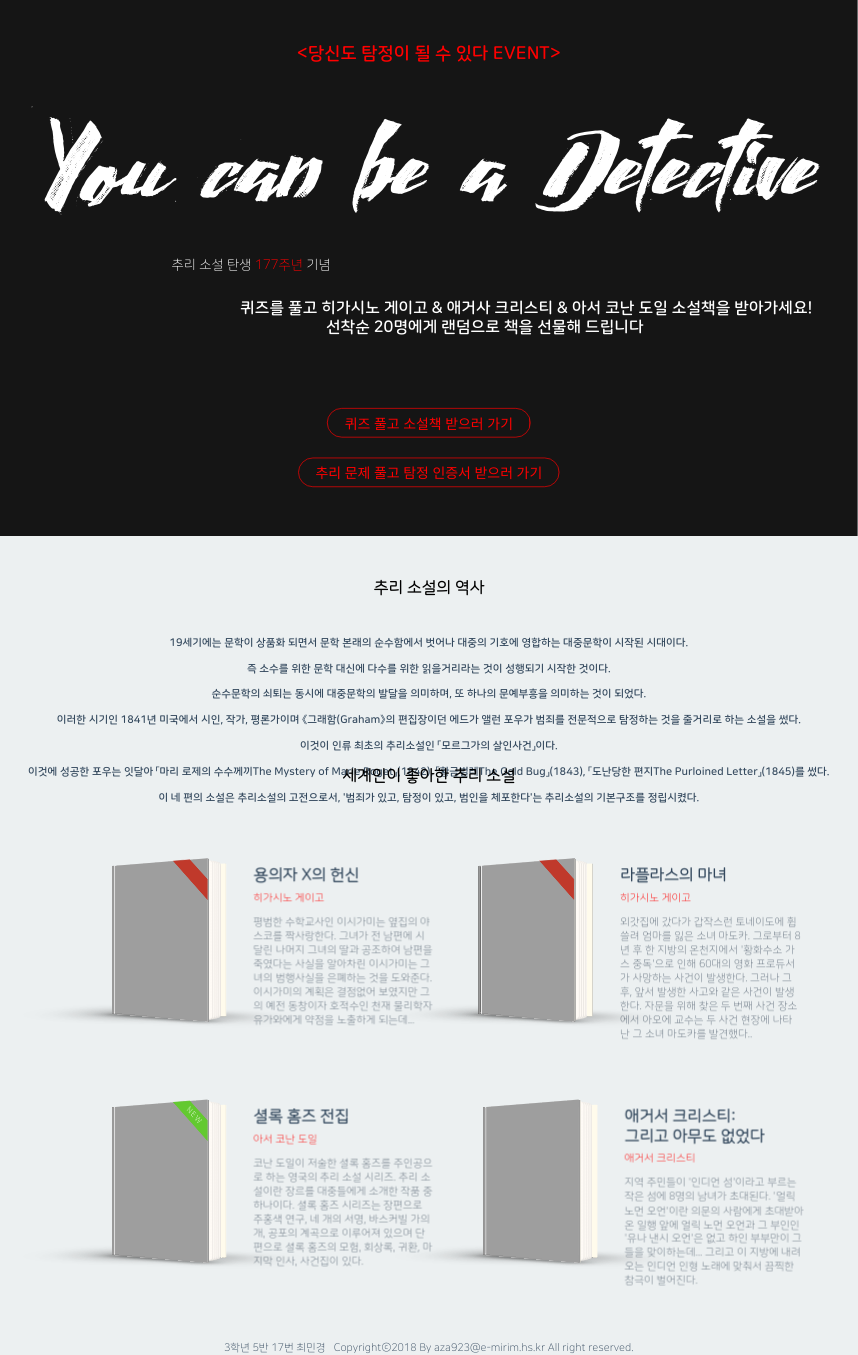
Repository: minkyung0421/Event_Project
Page: http://localhost/Event/main.jsp
These files come from the project's save history. The page is drawn as it stood at one moment and after the next save; the edit follows.
The browser window is 1280 px wide. The pictures show the whole page, at 67% of full size.
Pictures or frames that could not be fetched are drawn as grey boxes. The page is served by Tomcat 9.

Above is the page before, as saved 2018-09-04 19:43:12.
Not found: Event_Project/Event/Event/compass/css3

### Event_Project/Event/WebContent/main.jsp
<%@ page language="java" contentType="text/html; charset=EUC-KR"
    pageEncoding="EUC-KR"%>
<!DOCTYPE html PUBLIC "-//W3C//DTD HTML 4.01 Transitional//EN" "http://www.w3.org/TR/html4/loose.dtd">
<html>
<head>
<meta http-equiv="Content-Type" content="text/html; charset=EUC-KR">
<title>EVENT</title>
<link rel="stylesheet" href="css.css">
<style>
@font-face{
	font-family: 'Calligraphy Personal Use'; src:url('font/Calligraphy Personal Use.ttf');
}
@font-face{font-family:'NANUMSQUAREROUNDL'; src:url('font/NANUMSQUAREROUNDL.TTF')}
@font-face{font-family:'NANUMSQUAREROUNDB'; src:url('font/NANUMSQUAREROUNDB.TTF')}

body{
	margin:0px;
	padding:0px;
	font-family:'NANUMSQUAREROUNDL';
}
</style>
</head>
<body>
<div style = "background-color: #151515; width: 100%; height: 800px; padding-top:5%;">
	<div style = "font-size: 20pt; color:red; text-align: center;"><font style = "font-family: NANUMSQUAREROUNDB"><당신도 탐정이 될 수 있다 EVENT></font></div>
	<div style = "color:white; text-align: center;"><font style="font-family: Calligraphy Personal Use; font-size: 15em;">You can be a Detective</font></div>
		<div style = "font-size: 15pt; color:white; margin-left:20%"><font style = "font-family: NANUMSQUAREROUNDL">추리 소설 탄생 <font color="red">177주년</font> 기념</font></div>
		<br><br>
	<div style = "font-size:18pt; color:white;  margin-left:28%; font-family:NANUMSQUAREROUNDB ">퀴즈를 풀고 히가시노 게이고 & 애거사 크리스티 & 아서 코난 도일 소설책을 받아가세요!</div>
	<div style = "font-size:18pt; color:white;  margin-left:38%; font-family:NANUMSQUAREROUNDB ">선착순 20명에게 랜덤으로 책을 선물해 드립니다</div>
	<div class="buttonContainer">
 <a class="button" onclick="showPopup();" title="quiz">퀴즈 풀고 소설책 받으러 가기</a><br><br>
  <a class="button" onclick="showPopup2();" title="Appointment">추리 문제 풀고 탐정 인증서 받으러 가기</a>
</div>
</div>

<div style = "width: 100%; height: 30%;">
<div style = "text-align: center; margin-top:5%; color:black; font-weight: 900"><h2>추리 소설의 역사 </h2></div>
<center><div style = "font-family: NANUMSQUAREROUNDB">
<br><br><br>
19세기에는 문학이 상품화 되면서 문학 본래의 순수함에서 벗어나 대중의 기호에 영합하는 대중문학이 시작된 시대이다. <br><br>
즉 소수를 위한 문학 대신에 다수를 위한 읽을거리라는 것이 성행되기 시작한 것이다. <br><br>
순수문학의 쇠퇴는 동시에 대중문학의 발달을 의미하며, 또 하나의 문예부흥을 의미하는 것이 되었다. <br><br>
이러한 시기인 1841년 미국에서 시인, 작가, 평론가이며 《그래함(Graham》의 편집장이던 에드가 앨런 포우가 범죄를 전문적으로 탐정하는 것을 줄거리로 하는 소설을 썼다. <br><br>
이것이 인류 최초의 추리소설인 「모르그가의 살인사건」이다. <br><br>
이것에 성공한 포우는 잇달아 「마리 로제의 수수께끼The Mystery of Marie Roget」(1842), 「황금벌레The Gold Bug」(1843), 「도난당한 편지The Purloined Letter」(1845)를 썼다.<br><br>
이 네 편의 소설은 추리소설의 고전으로서, '범죄가 있고, 탐정이 있고, 범인을 체포한다'는 추리소설의 기본구조를 정립시켰다.<br><br>
</div>
</center>
</div>

<div style = "text-align: center; margin-top:5%; color:black; font-weight: 900"><h2>세계인이 좋아한 추리 소설 </h2></div>


<!-- 여기서부터 책 정보 -->
<div class="component">
  <ul class="align">
    <!-- Book 1 -->
    <li style = "margin-left:2%">
      <figure class='book'>
        <!-- Front -->
        <ul class='hardcover_front'>
          <li>
            <img src="http://mblogthumb1.phinf.naver.net/MjAxODAzMTlfMTk5/MDAxNTIxNDQ3NzQ3NjM2.WZShtX_uO_6JNCjy4xDTl9yvU6wH8278slTFLA-zaUcg.0Mm19c-3gQU2v65n9_Ye-rjnCH5XyFbuNSzHMRZffIwg.JPEG.hla9865/1452422-flyjoy77.jpg?type=w800" alt="" width="100%" height="100%">
            <span class="ribbon bestseller"></span>
          </li>
          <li></li>
        </ul>
        <!-- Pages -->
        <ul class='page'>
          <li></li>
          <li>
            <a class="btn" href="https://namu.wiki/w/%EC%9A%A9%EC%9D%98%EC%9E%90%20X%EC%9D%98%20%ED%97%8C%EC%8B%A0">DETAIL</a>
          </li>
          <li></li>
          <li></li>
          <li></li>
        </ul>
        <!-- Back -->
        <ul class='hardcover_back'>
          <li></li>
          <li></li>
        </ul>
        <ul class='book_spine'>
          <li></li>
          <li></li>
        </ul>
        <figcaption>
          <h2>용의자 X의 헌신</h2>
          <span style = "color:red">히가시노 게이고</span>
          <p>평범한 수학교사인 이시가미는 옆집의 야스코를 짝사랑한다. 그녀가 전 남편에 시달린 나머지 그녀의 딸과 공조하여 남편을 죽였다는 사실을 알아차린 이시가미는 그녀의 범행사실을 은폐하는 것을 도와준다. 이시가미의 계획은 결점없어 보였지만 그의 예전 동창이자 호적수인 천재 물리학자 유가와에게 약점을 노출하게 되는데...</p>
        </figcaption>
      </figure>
    </li>

     <li style = "margin-left:2%">
      <figure class='book'>
        <!-- Front -->
        <ul class='hardcover_front'>
          <li>
            <img src="https://t1.daumcdn.net/thumb/R1280x0/?fname=http://t1.daumcdn.net/brunch/service/user/7ur/image/jF5nkBVAa_RBbcVq0lpbcK3Nfvc.jpg" alt="" width="100%" height="100%">
            <span class="ribbon bestseller"></span>
          </li>
          <li></li>
        </ul>
        <!-- Pages -->
        <ul class='page'>
          <li></li>
          <li>
            <a class="btn" href="https://ko.wikipedia.org/wiki/%EB%9D%BC%ED%94%8C%EB%9D%BC%EC%8A%A4%EC%9D%98_%EB%A7%88%EB%85%80">DETAIL</a>
          </li>
          <li></li>
          <li></li>
          <li></li>
        </ul>
        <!-- Back -->
        <ul class='hardcover_back'>
          <li></li>
          <li></li>
        </ul>
        <ul class='book_spine'>
          <li></li>
          <li></li>
        </ul>
        <figcaption>
          <h2>라플라스의 마녀</p></h2>
          <span style = "color:red">히가시노 게이고</span>
          <p>외갓집에 갔다가 갑작스런 토네이도에 휩쓸려 엄마를 잃은 소녀 마도카. 그로부터 8년 후 한 지방의 온천지에서 '황화수소 가스 중독'으로 인해 60대의 영화 프로듀서가 사망하는 사건이 발생한다. 그러나 그 후, 앞서 발생한 사고와 같은 사건이 발생한다. 자문을 위해 찾은 두 번째 사건 장소에서 아오에  교수는  두 사건 현장에 나타난 그 소녀 마도카를 발견했다..</p>
        </figcaption>
      </figure>
    </li>

    <!-- Book 2 -->
    <li>
      <figure class='book'>
        <!-- Front -->
        <ul class='hardcover_front'>
          <li>
            <img src="https://misc.ridibooks.com/cover/1153000080/xxlarge" alt="" width="100%" height="100%">
            <span class="ribbon new">NEW</span>
          </li>
          <li></li>
        </ul>
        <!-- Pages -->
        <ul class='page'>
          <li></li>
          <li>
             <a class="btn" href="https://namu.wiki/w/%EC%85%9C%EB%A1%9D%20%ED%99%88%EC%A6%88%20%EC%8B%9C%EB%A6%AC%EC%A6%88">DETAIL</a>
          </li>
          <li></li>
          <li></li>
          <li></li>
        </ul>
        <!-- Back -->
        <ul class='hardcover_back'>
          <li></li>
          <li></li>
        </ul>
        <ul class='book_spine'>
          <li></li>
          <li></li>
        </ul>
        <figcaption>
          <h2>셜록 홈즈 전집</h2>
          <span style = "color:red">아서 코난 도일</span>
          <p>코난 도일이 저술한 셜록 홈즈를 주인공으로 하는 영국의 추리 소설 시리즈. 추리 소설이란 장르를 대중들에게 소개한 작품 중 하나이다. 셜록 홈즈 시리즈는 장편으로 주홍색 연구, 네 개의 서명, 바스커빌 가의 개, 공포의 계곡으로 이루어져 있으며 단편으로 셜록 홈즈의 모험, 회상록, 귀환,  마지막 인사, 사건집이 있다.</p>
        </figcaption>
      </figure>
    </li>
    <!-- Book 3 -->
    <li>
      <figure class='book'>
        <!-- Front -->
        <ul class='hardcover_front'>
          <li>
            <img src="https://misc.ridibooks.com/cover/682000192/xxlarge" alt="" width="100%" height="100%">
          </li>
          <li></li>
        </ul>
        <!-- Pages -->
        <ul class='page'>
          <li></li>
          <li>
            <a class="btn" href="https://namu.wiki/w/%EA%B7%B8%EB%A6%AC%EA%B3%A0%20%EC%95%84%EB%AC%B4%EB%8F%84%20%EC%97%86%EC%97%88%EB%8B%A4">DETAIL</a>
          </li>
          <li></li>
          <li></li>
          <li></li>
        </ul>
        <!-- Back -->
        <ul class='hardcover_back'>
          <li></li>
          <li></li>
        </ul>
        <ul class='book_spine'>
          <li></li>
          <li></li>
        </ul>
        <figcaption>
          <h2>애거서 크리스티:<br>그리고 아무도 없었다</h2>
          <span style = "color:red">애거서 크리스티</span>
          <p>지역 주민들이 '인디언 섬'이라고 부르는 작은 섬에 8명의 남녀가 초대된다. '얼릭 노먼 오언'이란 의문의 사람에게 초대받아 온 일행 앞에 얼릭 노먼 오언과 그 부인인 '유나 낸시 오언'은 없고 하인 부부만이 그들을 맞이하는데... 그리고 이 지방에 내려오는 인디언 인형 노래에 맞춰서 끔찍한 참극이 벌어진다. </p>
        </figcaption>
      </figure>
    </li>
  </ul>
</div>


<div>


</div>


<center>
<div style = "margin-bottom: 3%;">
	3학년 5반 17번 최민경 &nbsp;
	Copyrightⓒ2018 By aza923@e-mirim.hs.kr All right reserved.
</div>
</center>

</body>
 <script language="javascript">
  function showPopup() { window.open("quiz.jsp", "a", "width=750px, height=850px, left=100, top=50"); }
  function showPopup2() { window.open("letter.jsp", "a", "width=750px, height=850px, left=100, top=50"); }
  </script>
</html>

Loaded but not shown: Event_Project/Event/WebContent/css.css (772 lines, source omitted)

After the next save:
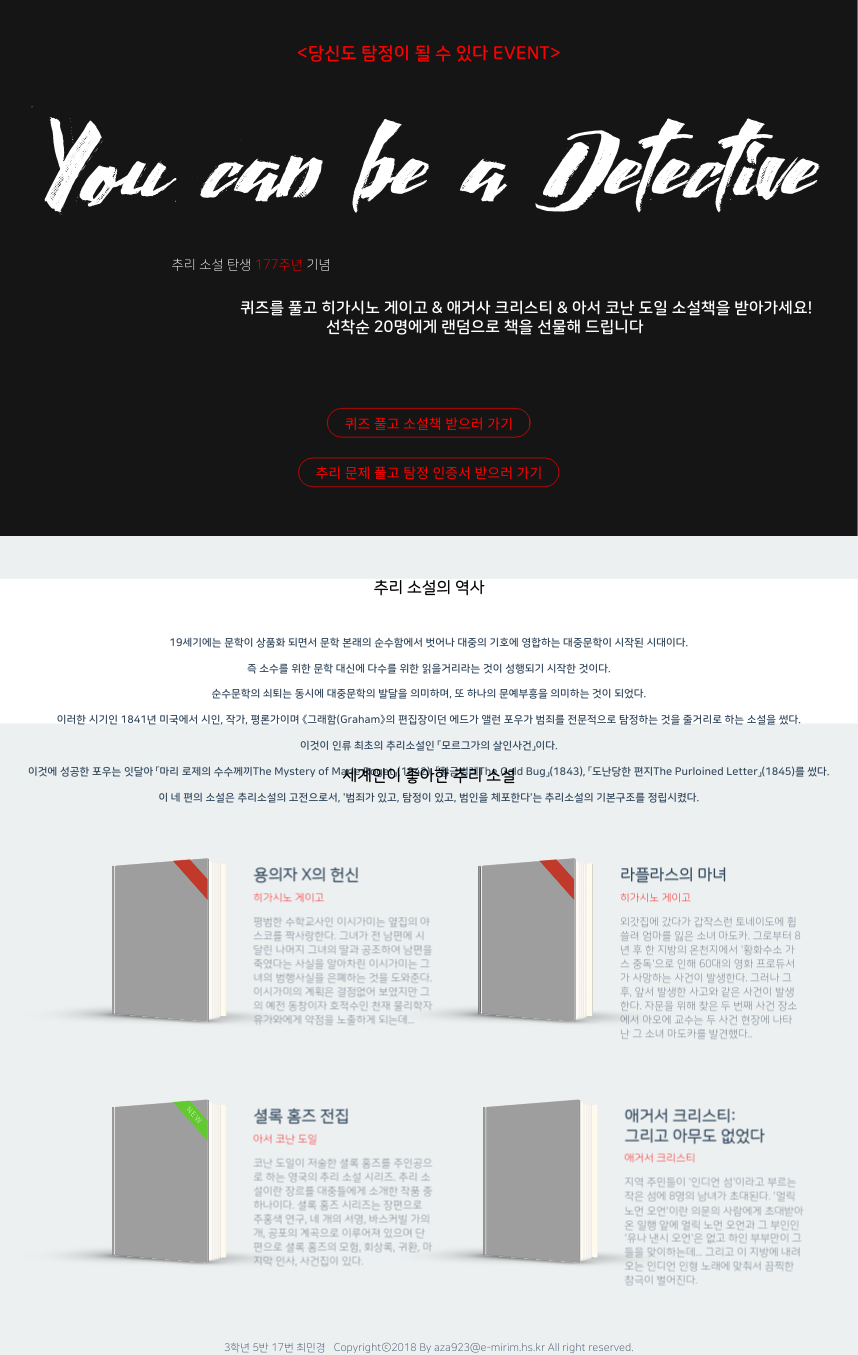
Saved 14 s later.
--- a/Event_Project/Event/WebContent/main.jsp
+++ b/Event_Project/Event/WebContent/main.jsp
@@ -34,7 +34,7 @@
 </div>
 </div>
 
-<div style = "width: 100%; height: 30%;">
+<div style = "width: 100%; height: 30%; background-color: white;">
 <div style = "text-align: center; margin-top:5%; color:black; font-weight: 900"><h2>추리 소설의 역사 </h2></div>
 <center><div style = "font-family: NANUMSQUAREROUNDB">
 <br><br><br>
